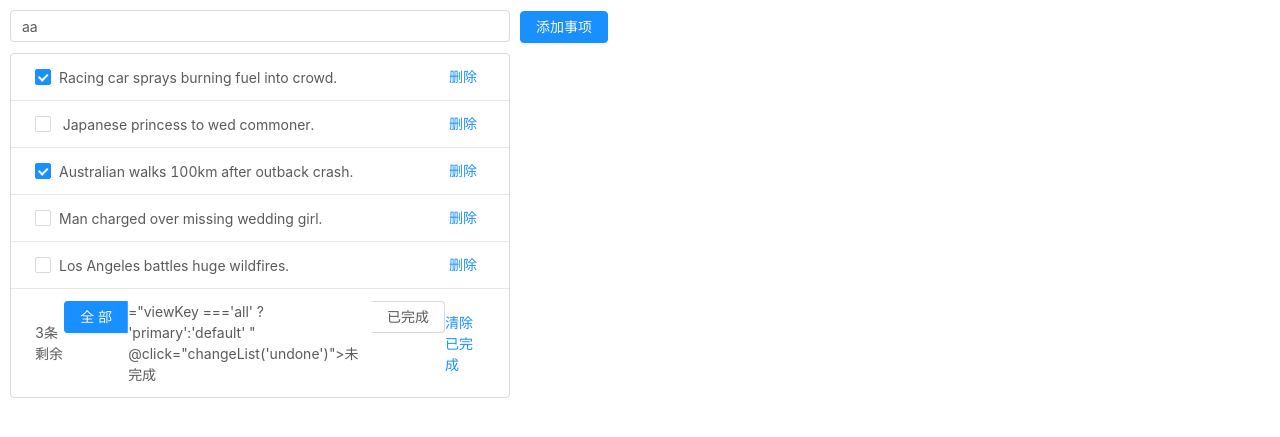
Repository: hnwj/todo
Page: /
These files come from the project's save history. The page is drawn as it stood at one moment and after a run of saves; the edit follows.
The browser window is 1280 px wide. The pictures show the whole page.
The project was rebuilt for these pictures with package versions that can differ from the ones it lists, and the page was loaded fresh each time. Also part of the build but not shown: vue.config.js.

Above is the page before, as saved 2022-10-11 20:28:05.

### src/main.js
import Vue from 'vue'
import App from './App.vue'
import store from './store'
import axios from 'axios'

// 1、导入ant-design-vue 组件库
import Antd from 'ant-design-vue'

// 2、导入组件库的样式表
import 'ant-design-vue/dist/antd.css'

Vue.config.productionTip = false
// 3、安装组件库
Vue.use(Antd)

new Vue({
  store,
  axios,
  render: h => h(App)
}).$mount('#app')

### src/App.vue
<template>
  <div id="app">
    <a-input placeholder="请输入任务" class="my_ipt" :value="inputValue" @change="handleInputChange"/>
    <a-button type="primary" @click="addItemTodo">添加事项</a-button>

    <a-list bordered :dataSource="list" class="dt_list">
      <a-list-item slot="renderItem" slot-scope="item">
        <!-- 复选框 -->
        <a-checkbox :checked="item.done" @change="(e)=>{cbStatusChanged(e,item.id)}">{{ item.info }}</a-checkbox>
        <!-- 删除链接 -->
        <a slot="actions" @click="removeItem(item.id)">删除</a>
      </a-list-item>

      <!-- footer区域 -->
      <div class="footer" slot="footer">
        <span>{{unDoneLength}}条剩余</span>
        <a-button-group>
          <a-button :type="viewKey ==='all' ? 'primary':'default' " @click="changeList('all')">全部</a-button>
          <a-button:type="viewKey ==='all' ? 'primary':'default' "  @click="changeList('undone')">未完成</a-button:type=>
          <a-button type="default"  @click="changeList('done')">已完成</a-button>
        </a-button-group>
        <a @click="clear">清除已完成</a>
      </div>
    </a-list>
  </div>
</template>
<script>
import { mapState, mapGetters } from 'vuex'
export default {
  name: 'app',
  data () {
    return {

    }
  },
  created () {
    this.$store.dispatch('getList')
  },
  computed: {
    ...mapState(['list', 'inputValue', 'viewKey']),
    ...mapGetters(['unDoneLength'])
  },
  methods: {
    handleInputChange (e) {
      console.log(e.target.value)
      this.$store.commit('setInputValue', e.target.value)
    },
    // 添加事项
    addItemTodo () {
      if (this.inputValue.trim().length <= 0) {
        return this.$message.warning('输入不能为空！')
      }
      this.$store.commit('addItem')
    },
    // 按照id,删除事项
    removeItem (id) {
      this.$store.commit('removeItem', id)
    },
    // 修改选中的状态
    cbStatusChanged (e, id) {
      console.log(e.target.checked)
      console.log(id)
      const params = {
        id: id,
        status: e.target.checked
      }
      this.$store.commit('changeStatus', params)
    },
    //  clear所有完成的事项
    clear () {
      this.$store.commit('clearDone')
    },
    // 修改高亮效果
    changeList (key) {
      this.$store.commit('changeViewKey', key)
    }
  }
}
</script>
<style scoped>
#app {
  padding: 10px;
}
.my_ipt {
  width: 500px;
  margin-right: 10px;
}
.dt_list {
  width: 500px;
  margin-top: 10px;
}
.footer {
  display: flex;
  justify-content: space-between;
  align-items: center;
}
</style>

### src/store/index.js
import axios from 'axios'
import Vue from 'vue'
import Vuex from 'vuex'

Vue.use(Vuex)

export default new Vuex.Store({
  state: {
    // 所有的任务列表
    list: [],
    // 文本框的内容
    inputValue: 'aa',
    // 下一个事项id
    nextId: 5,
    // 高亮key值
    viewKey: 'all'
  },
  mutations: {
    initList (state, list) {
      state.list = list
    },
    // 为store中的inputValue赋值
    setInputValue (state, val) {
      state.inputValue = val
    },
    // 添加事项
    addItem (state) {
      const obj = {
        id: state.nextId,
        info: state.inputValue.trim(),
        done: false
      }
      state.list.push(obj)
      state.nextId++
      state.inputValue = ''
    },
    // 更具id，删除事项
    removeItem (state, id) {
      // 查id
      const i = state.list.findIndex(x => x.id === id)
      // 根据索引，删除对应的事项
      if (i !== -1) {
        state.list.splice(i, 1)
      }
    },
    // 修改事项的status
    changeStatus (state, params) {
      const i = state.list.findIndex((x) => x.id === params.id)
      if (i !== -1) {
        state.list[i].done = params.status
      }
    },
    // 清除所有完成的事项
    clearDone (state) {
      state.list = state.list.filter(x => x.done === false)
    },
    // 高亮效果切换
    changeViewKey (state, key) {
      state.viewKey = key
    }

  },
  actions: {
    getList (context) {
      axios.get('/list.json').then(({ data }) => {
        console.log(data)
        context.commit('initList', data)
      })
    }
  },
  modules: {
  },
  getters: {
    // 统计未完成的事项
    unDoneLength (state) {
      return state.list.filter(x => x.done === false).length
    }
  }
})

### public/list.json
[{
  "id": 0,
  "info": "Racing car sprays burning fuel into crowd.",
  "done": true
},
{
  "id": 1,
  "info": " Japanese princess to wed commoner.",
  "done": false
},
{
  "id": 2,
  "info": "Australian walks 100km after outback crash.",
  "done": true
},
{
  "id": 3,
  "info": "Man charged over missing wedding girl.",
  "done": false
},
{
  "id": 4,
  "info": "Los Angeles battles huge wildfires.",
  "done": false
}]

Loaded but not shown: public/index.html (common file)

After the next 2 saves:
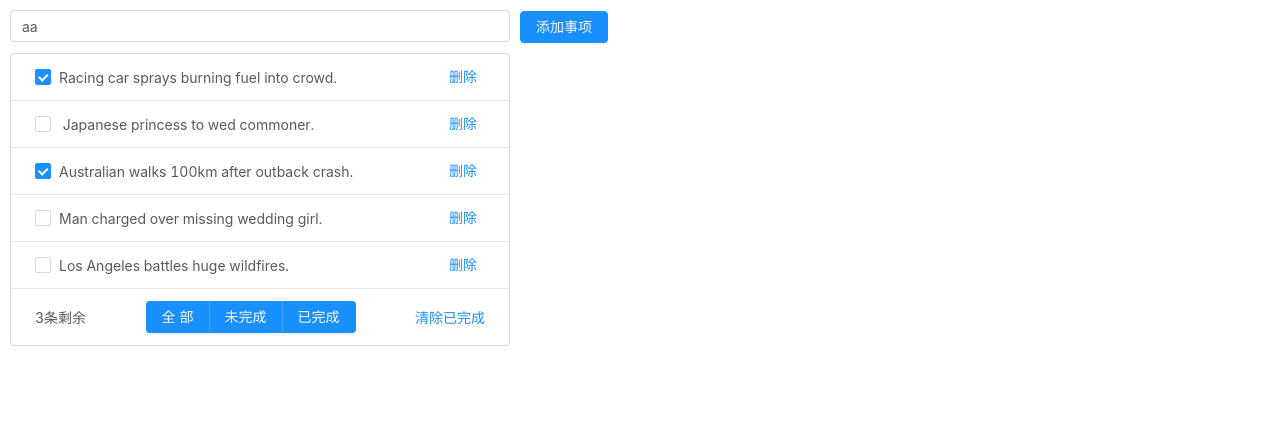
The 2 saves are shown as one change because they came seconds apart.
The last was saved 7 s later.
--- a/src/App.vue
+++ b/src/App.vue
@@ -16,8 +16,8 @@
         <span>{{unDoneLength}}条剩余</span>
         <a-button-group>
           <a-button :type="viewKey ==='all' ? 'primary':'default' " @click="changeList('all')">全部</a-button>
-          <a-button:type="viewKey ==='all' ? 'primary':'default' "  @click="changeList('undone')">未完成</a-button:type=>
-          <a-button type="default"  @click="changeList('done')">已完成</a-button>
+          <a-button :type="viewKey ==='all' ? 'primary':'default' "  @click="changeList('undone')">未完成</a-button>
+          <a-button :type="viewKey ==='all' ? 'primary':'default' "  @click="changeList('done')">已完成</a-button>
         </a-button-group>
         <a @click="clear">清除已完成</a>
       </div>
